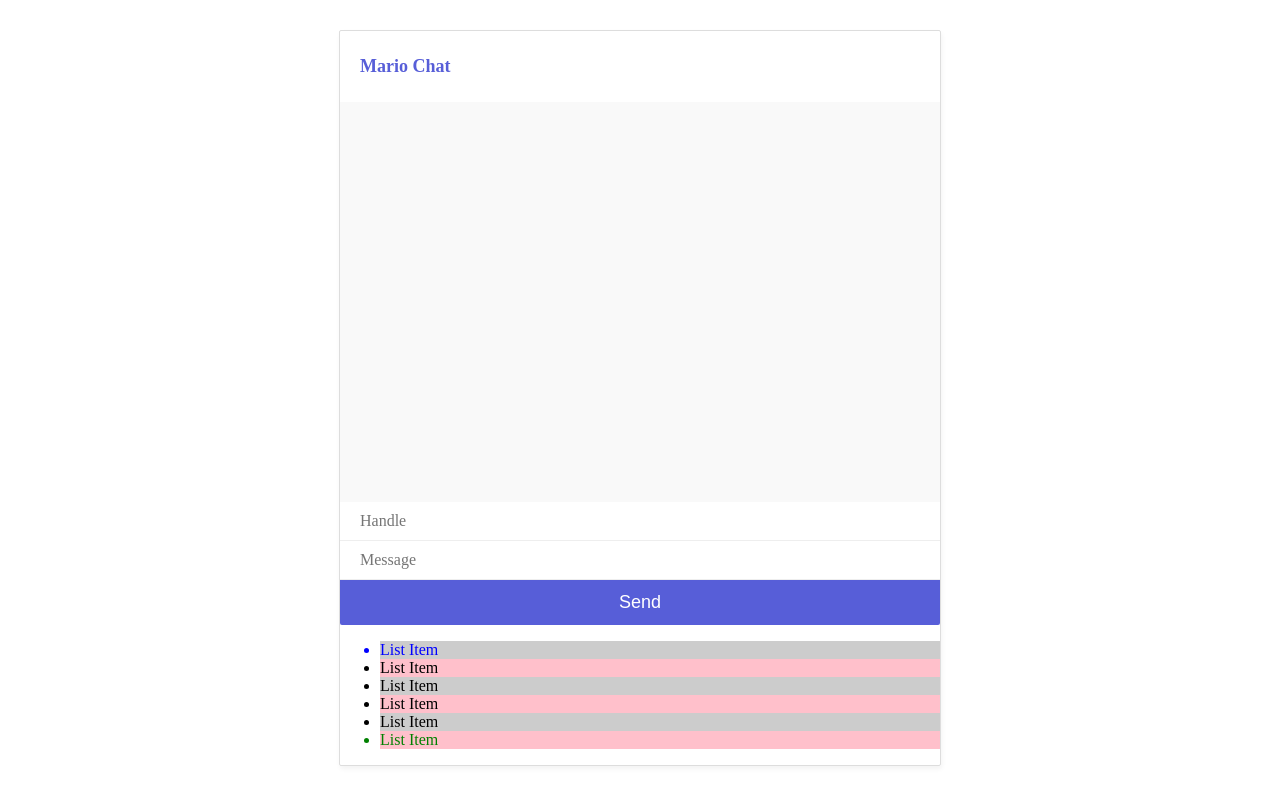
Repository: Promethees/websockets-playlist
Page: public/index.html
An editor plug-in stored every save of this project. The page is shown before and after the next save, followed by the edit.
The browser window is 1280 px wide. The pictures show the whole page.
The page's requests for data from a server got no answer. Some web libraries are served in a nearby version.

Above is the page before, as saved 2020-09-03 08:59:42.

### public/index.html
<!DOCTYPE html>
<html>
    <head>
        <meta charset="utf-8">
        <title>WebScockets 101</title>
        <script src="https://cdnjs.cloudflare.com/ajax/libs/socket.io/2.3.0/socket.io.js"></script>
        <script src="https://code.jquery.com/jquery-3.5.1.min.js"></script>
        <link href="./style.css" rel="stylesheet" type = "text/css" />
    </head>
    <body>
        <div id="mario-chat">
            <h2>Mario Chat</h2>
            <div id="chat-window">
                <div id="output"></div>
                <div id="feedback"></div><!-- <display "typing .... message"> -->

            </div>
            <input id="handle" type="text" placeholder="Handle" />
            <input id="message" type="text" placeholder="Message" />
            <button id="send">Send</button>
            <ul id = "list">
                <li>List Item</li>
                <li>List Item</li>
                <li>List Item</li>
                <li>List Item</li>
                <li>List Item</li>
                <li>List Item</li>
            </ul>
        </div>
        <script>
            //$('h2').hide();
            //$('div').hide();
            //$('#message').css('color','blue');
            $('ul#list li:first').css('color','blue');
            $('ul#list li:last').css('color','green');
            $('ul#list li:odd').css('background-color','pink');
            $('ul#list li:even').css('background-color','#cccccc');

</script>
    </body>
    <script src="/chat.js"></script>
</html>

### public/style.css
body{
    font-family: 'Nunito';
}

h2{
    font-size: 18px;
    padding: 10px 20px;
    color: #575ed8;
}

#mario-chat{
    max-width: 600px;
    margin: 30px auto;
    border: 1px solid #ddd;
    box-shadow: 1px 3px 5px rgba(0,0,0,0.05);
    border-radius: 2px;
}

#chat-window{
    height: 400px;
    overflow: auto;
    background: #f9f9f9;
}

#output p{
    padding: 14px 0px;
    margin: 0 20px;
    border-bottom: 1px solid #e9e9e9;
    color: #555;
}

#feedback p{
    color: #aaa;
    padding: 14px 0px;
    margin: 0 20px;
}

#output strong{
    color: #575ed8;
}

label{
    box-sizing: border-box;
    display: block;
    padding: 10px 20px;
}

input{
    padding: 10px 20px;
    box-sizing: border-box;
    background: #eee;
    border: 0;
    display: block;
    width: 100%;
    background: #fff;
    border-bottom: 1px solid #eee;
    font-family: Nunito;
    font-size: 16px;
}

button{
    background: #575ed8;
    color: #fff;
    font-size: 18px;
    border: 0;
    padding: 12px 0;
    width: 100%;
    border-radius: 0 0 2px 2px;
}

### public/chat.js
// Make connection
//var socket = io.connect('http://localhost:4000');
//var socket = io.connect('https://chatboj.herokuapp.com/');
var socket = io.connect('/');

// Query DOM
var message = document.getElementById('message'),
      handle = document.getElementById('handle'),
      btn = document.getElementById('send'),
      output = document.getElementById('output');
    feedback = document.getElementById('feedback');

// Emit events (see the index.js to know how it handle)
btn.addEventListener('click', function(){
  socket.emit('chat', {
      message: message.value,
      handle: handle.value
  });
  message.value = "";
});

message.addEventListener('keypress',function() {
    socket.emit('typing',handle.value);
});

// Listen for events (retrieve event from the server)
socket.on('chat', function(data){
    feedback.innerHTML = ""; //Clear the typing queue while have submitted the message
    //Modify the message in HTMLs
    output.innerHTML += '<p><strong>' + data.handle + ': </strong>' + data.message + '</p>';
});

socket.on('typing',function(data) {
    // the data here is the handle.value (since the action is 'typing')
    feedback.innerHTML = '<p><em>'+data+'is typing message...'+'</em></p>';
});

After the next save:
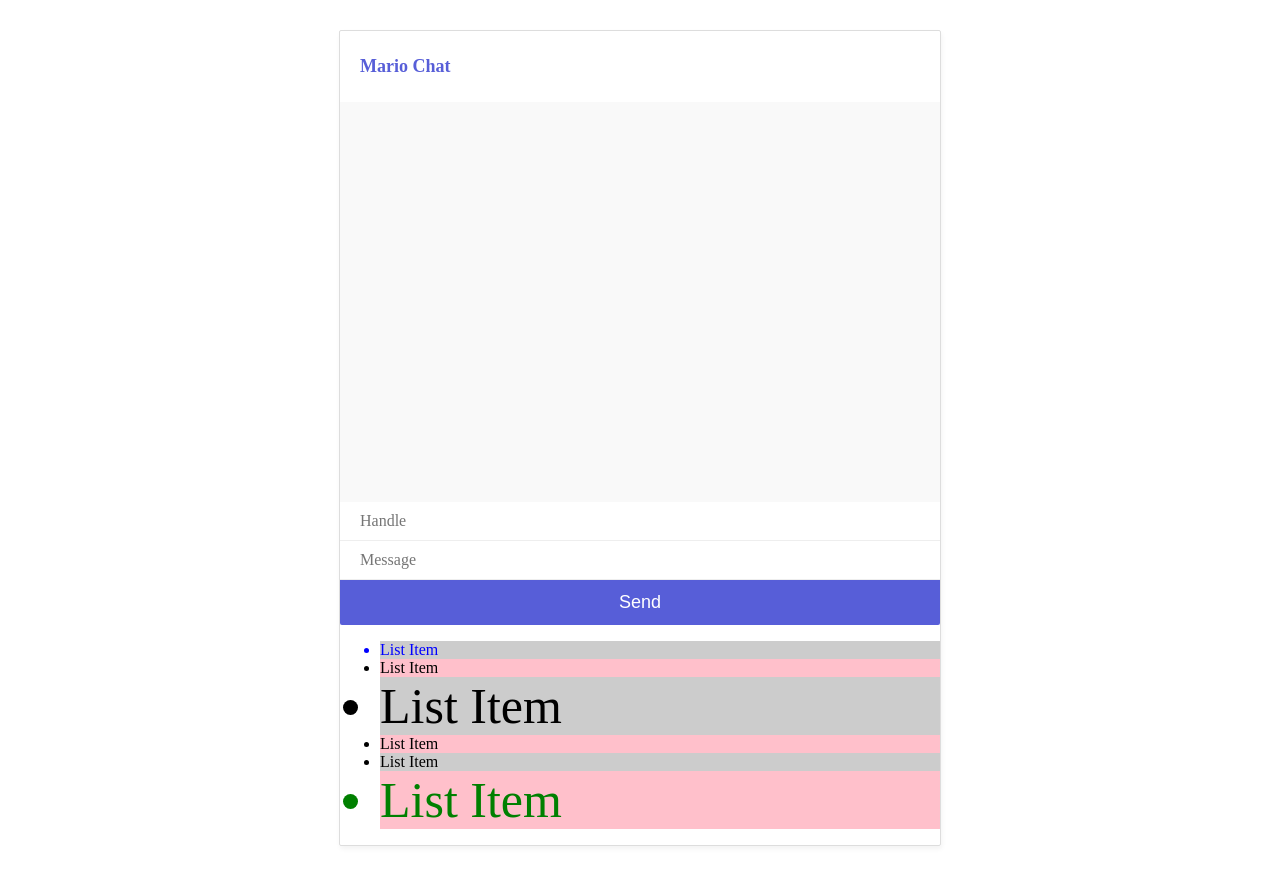
Saved 19 min 34 s later.
--- a/public/index.html
+++ b/public/index.html
@@ -35,6 +35,7 @@
             $('ul#list li:last').css('color','green');
             $('ul#list li:odd').css('background-color','pink');
             $('ul#list li:even').css('background-color','#cccccc');
+            $('ul#list li:nth-child(3n)').css('font-size','50px'); //For 3,6,9 list items
 
 </script>
     </body>
